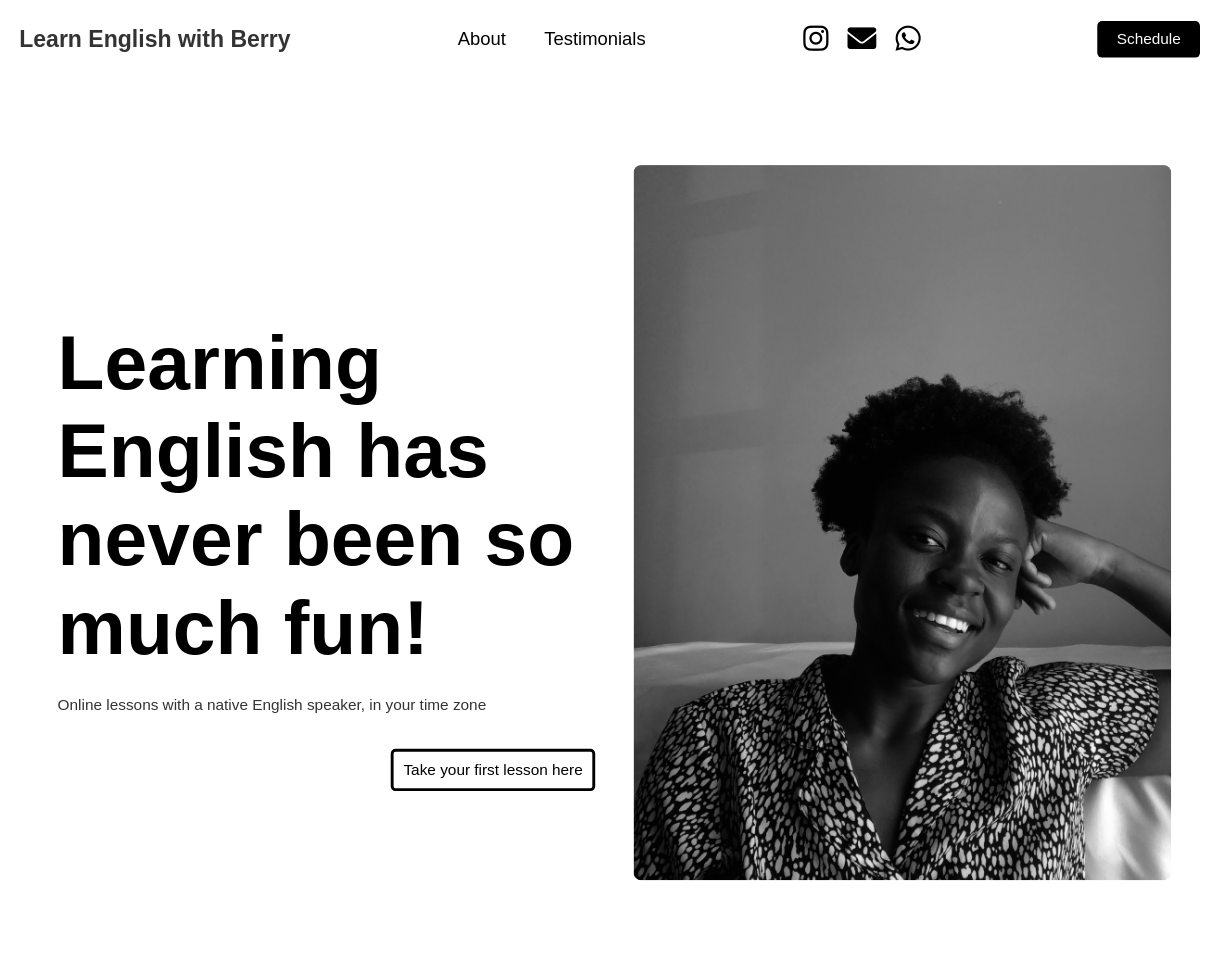
Repository: ntandomagana/esl-landing-page
Page: index.html
These files come from the project's save history. The page is drawn as it stood at one moment and after a run of saves; the edit follows.
The browser window is 1280 px wide. The pictures show the whole page, at 96% of full size.
The pointer rests on the first visible `.action-button`.

Above is the page before, as saved 2024-07-17 13:33:45.

### index.html
<!DOCTYPE html>
<html lang="en">
<head>
    <meta charset="UTF-8">
    <meta name="viewport" content="width=device-width, initial-scale=1.0">
    <link rel="stylesheet" href="https://cdnjs.cloudflare.com/ajax/libs/font-awesome/6.0.0-beta3/css/all.min.css">

    <title>Berry's English</title>
    <link rel="stylesheet" href="index.css">
</head>
<body>
    <!-- Header Section -->
    <header>
        <div class="header-container">
            <div class="logo"><h1>Learn English with Berry</h1>
            </div>
            <nav>
                <ul>
                    <li><a href="#about">About</a></li>
                    <li><a href="#testimonials">Testimonials</a></li>

                </ul>
            </nav>
            <div class="social-links">
                <a href="#" class="social-link"><i class="fab fa-instagram"></i></a>
                <a href="mailto:berry@example.com" class="social-link"><i class="fas fa-envelope"></i></a>
                <a href="https://wa.me/1234567890" class="social-link"><i class="fab fa-whatsapp"></i></a>
            </div>
            <a href="#contact" class="schedule-button">Schedule</a>
        </div>
    </header>

    <!-- Left and right division -->
     <section class="content-section">
        <div class="content-wrapper">
            <div class="left-content">
                <h2>Learning English has <br />
                    never been so much fun!</h2>
                <p>Online lessons with a native English speaker, in your time zone</p>
                <a href="#contact" class="action-button">Take your first lesson here</a>
            </div>

            <div class="right-content">
                <img src="./assets/bwpp.jpg" alt="Teacher Berry's Image">

            </div>
        </div>

     </section>
    </footer>
</body>
</html>

### index.css
/* styles.css */

body {
  font-family: Arial, Helvetica, sans-serif;
  margin: 0;
  padding: 0;
  box-sizing: border-box;
}

.header-container {
  display: flex;
  justify-content: space-between;
  align-items: center;
  padding: 10px 20px;
  background-color: white;
}

.logo h1 {
  margin: 0;
  font-size: 24px;
  color: #333;
}

nav ul {
  list-style-type: none;
  padding: 0;
  margin: 0;
  display: flex;
}

nav ul li {
  display: inline;
  margin: 20px; /* Adjust margin to add space between list items */
}

nav ul li:last-child {
  margin-right: 0;
}

nav ul li a {
  color: rgb(2, 2, 2);
  text-decoration: none;
  font-size: 1.2rem;
}

nav ul li a:hover {
  color: black;
  font-weight: bold;
}

.social-links {
  display: flex;
  align-items: center;
  margin-right: 20px;
}

.social-link {
  margin: 0 10px;
  display: inline-block;
  color: black;
  font-size: 30px;
  transition: color 0.3s ease, transform 0.3s ease, box-shadow 0.3s ease;
}

.social-link i {
  color: black;
}

.social-link:hover i {
  color: black;
  transition: black 4s ease-in-out;
  transform: translateY(-5px);
  box-shadow: 0 4px 8px rgba(19, 18, 18, 0.2);
}

.schedule-button {
  padding: 10px 20px;
  background-color: black;
  color: #fff;
  text-decoration: none;
  border-radius: 5px;
  transition: background-color 0.3s ease;
  border: none;
  cursor: pointer;
  margin-right: 10px;
}

.schedule-button:hover {
  background-color: #fff;
  border-color: rgba(0, 0, 0, 0);
  border: solid black;
  color: black;
}

.content-section {
  padding: 50px 0;
  text-align: center;
}

.content-wrapper {
  display: flex;
  justify-content: space-around;
  align-items: stretch;
  max-width: 1200px;
  margin: 20px auto;
}

.left-content {
  flex: 1;
  padding: 20px;
  text-align: left;
  display: flex;
  flex-direction: column;
  justify-content: center;
  align-items: flex-end;
}

.left-content h2 {
  font-size: 5rem;
  align-items: flex-end;
  color: rgb(0, 0, 0);
  margin-bottom: 10px;
  width: 100%;
}

.left-content p {
  font-size: 1rem;
  color: #333;
  width: 100%;
}

.right-content {
  flex: 1;
  padding: 20px;
  text-align: center;
  display: flex;
  justify-content: center;
  align-items: center;
}

.right-content img {
  max-width: 100%;
  height: auto;
  max-height: 800px; /* Example maximum height, adjust as needed */
  border-radius: 8px;
  /* Optional: Adds a subtle shadow */
}

.action-button {
  display: inline-block;
  padding: 10px 20px;
  background-color: black;
  color: #fff;
  text-decoration: none;
  border-radius: 5px;
  transition: background-color 0.3s ease;
  margin-top: 20px; /* Add space above the button */
  position: relative;
  z-index: 1;
}

.action-button:hover {
  background-color: #fff;
  border-color: rgba(0, 0, 0, 0);
  border: solid black;
  color: black;
  padding: 10px;
}

After the next 2 saves:
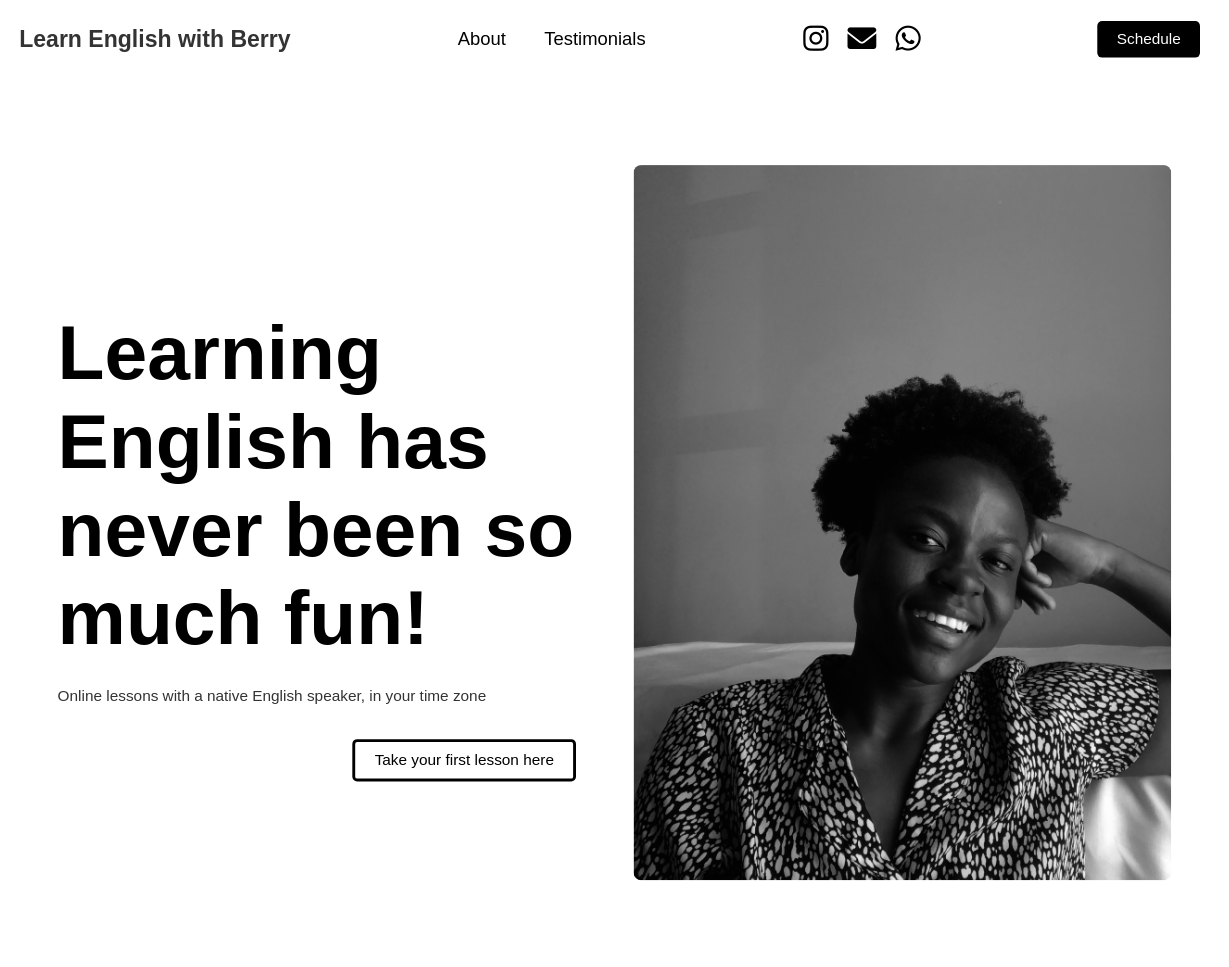
The 2 saves are shown as one change because they came seconds apart.
The last was saved 9 s later.
--- a/index.css
+++ b/index.css
@@ -164,5 +164,5 @@ nav ul li a:hover {
   border-color: rgba(0, 0, 0, 0);
   border: solid black;
   color: black;
-  padding: 10px;
+  margin: 20px;
 }
